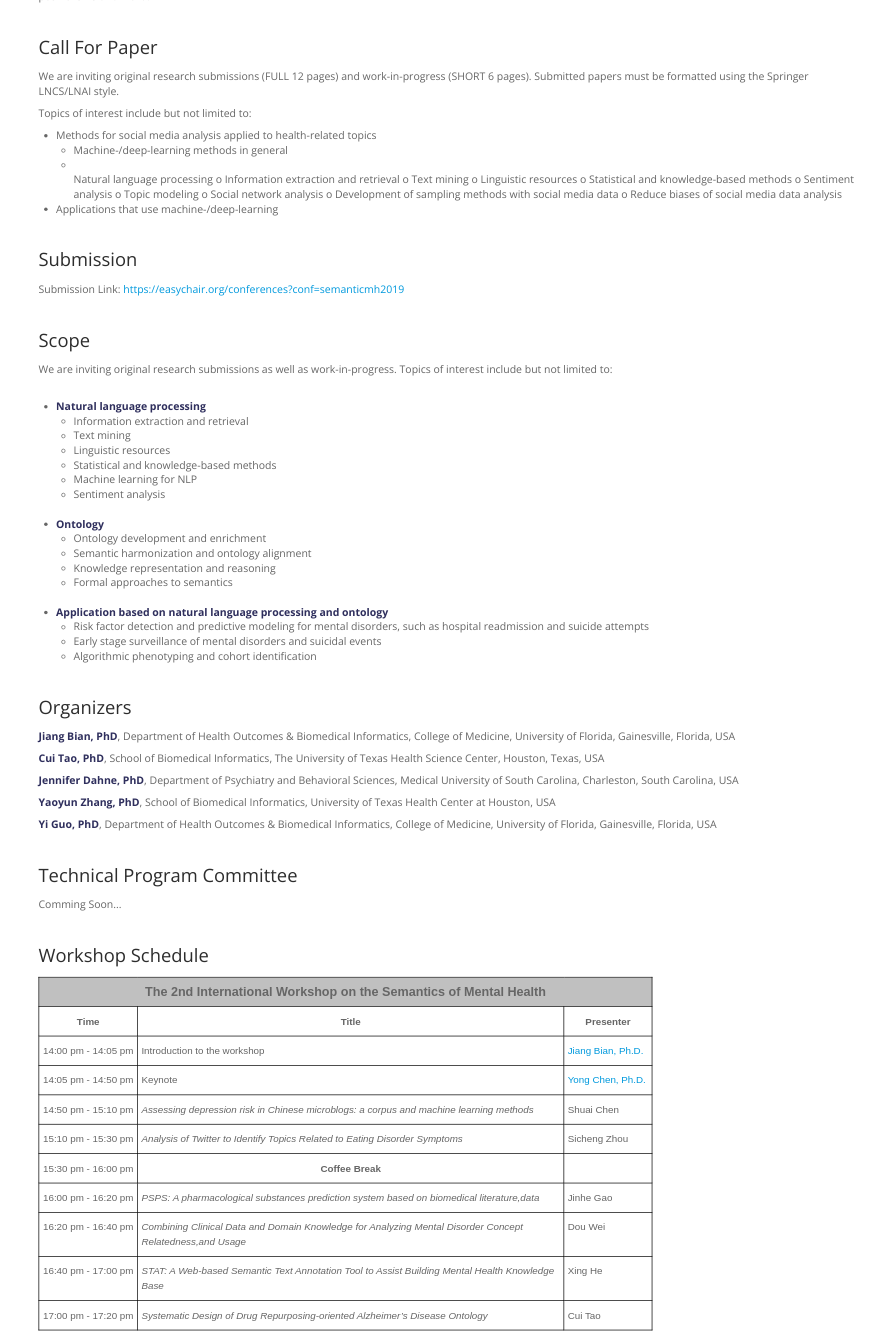
Repository: bianjiang/semantics-powered.org
Page: ISSWHR-2020/index.html
An editor plug-in stored every save of this project. The page is shown before and after a run of saves, followed by the edit.
The browser window is 1280 px wide. The pictures show the part of the page from y = 721 to 2641 px (the page is 2769 px tall before and 3126 px after), at 70% of full size.
Some web libraries are served in a nearby version.

Above is the page before, as saved 2019-10-26 16:57:49.
Console error (its wording comes from the project's code and is left out).

### ISSWHR-2020/index.html
<!DOCTYPE html>
<!--[if lt IE 7]>      <html class="no-js lt-ie9 lt-ie8 lt-ie7"> <![endif]-->
<!--[if IE 7]>         <html class="no-js lt-ie9 lt-ie8"> <![endif]-->
<!--[if IE 8]>         <html class="no-js lt-ie9"> <![endif]-->
<!--[if gt IE 8]><!-->
<html class="no-js">
<!--<![endif]-->

<head>
  <meta charset="utf-8">
  <meta http-equiv="X-UA-Compatible" content="IE=edge,chrome=1">
  <title></title>
  <meta name="description" content="">
  <meta name="viewport" content="width=device-width">

  <link rel="stylesheet" href="css/bootstrap.min.css">
  <style>
    body {
      padding-top: 60px;
      padding-bottom: 40px;
    }
  </style>
  <link rel="stylesheet" href="css/bootstrap-responsive.min.css">
  <link rel="stylesheet" href="css/main.css">

  <script src="js/vendor/modernizr-2.6.2-respond-1.1.0.min.js"></script>
</head>

<body class="preview" id="top" data-spy="scroll" data-target=".subnav" data-offset="80">
  <!--[if lt IE 7]>
            <p class="chromeframe">You are using an <strong>outdated</strong> browser. Please <a href="http://browsehappy.com/">upgrade your browser</a> or <a href="http://www.google.com/chromeframe/?redirect=true">activate Google Chrome Frame</a> to improve your experience.</p>
        <![endif]-->

  <!-- This code is taken from http://twitter.github.com/bootstrap/examples/hero.html -->

  <div class="navbar navbar-fixed-top">
    <div class="navbar-inner">
      <div class="container">

        <a class="btn btn-navbar" data-toggle="collapse" data-target=".nav-collapse">
                        <span class="icon-bar"></span>
                        <span class="icon-bar"></span>
                        <span class="icon-bar"></span>
                    </a>
        <a class="brand" href="#">&nbsp;</a>
        <div class="nav-collapse collapse">
          <ul class="nav">
            <li class="active"><a href="#">Home</a></li>
            <!--
                            <li><a href="#aboutxx">About</a></li>
                            <li><a href="#contact">Contact</a></li>
                            -->
          </ul>
        </div>

      </div>

    </div>
  </div>

  <div class="container">

    <!-- Main hero unit for a primary marketing message or call to action -->
    <!--
            <div class="hero-unit">
                <h1>Hello, world!</h1>
                <p>This is a template for a simple marketing or informational website. It includes a large callout called the hero unit and three supporting pieces of content. Use it as a starting point to create something more unique.</p>
                <p><a class="btn btn-primary btn-large">Learn more &raquo;</a></p>
            </div>
            -->
    <!-- Masthead
================================================== -->
    <header class="jumbotron subhead" id="overview">
      <div class="row">
        <div class="span12">
          <br/>
          <h2>Intelligent Systems in Social Web and Health Research 2020 (ISSWHR 2020)</h2>
          <p>In conjunction with the <a href="https://jsasaki3.wixsite.com/ieaaie2020" target="_blank">The 33th International Conference on Industrial, Engineering & Other Applications of Applied Intelligent Systems</a> (IEA/AIE 2020)</p>
          <p>To be held in Kitakyushu, Japan</p>
          <p>July 21-24, 2020</p>
        </div>
        <div class="span6">
          <!--
      <div class="bsa well">
          <div id="bsap_1277971" class="bsarocks bsap_c466df00a3cd5ee8568b5c4983b6bb19"></div>
      </div>
    -->
        </div>
      </div>
      <div class="subnav">
        <ul class="nav nav-pills">
          <li><a href="#history">History</a></li>
          <li><a href="#overview">Overview</a></li>
          <!-- <li><a href="#audience">Audience</a></li> -->
          <li><a href="#callforpaper">Call For Paper</a></li>
          <li><a href="#submissions">Submission</a></li>
          <!-- <li><a href="#rational">Rational</a></li>
          <li><a href="#workshopstructure">Workshop Structure</a></li> -->
          <!-- <li><a href="#publicity">Publicity</a></li> -->
          <li><a href="#scope">Scope</a></li>
          <li><a href="#organizers">Organizers</a></li>
          <li><a href="#techprogcom">Technical Program Committee</a></li>
        </ul>
      </div>
    </header>

    <!-- <section id="History">
      <div class="row">
        <div class="span12">
          <h3>History</h3>
          <p>The 1st International Workshop on the Semantics of Mental Health (SemanticMH 2018) was successfully organized and hosted in conjunction with the sixth IEEE International Conference on Healthcare Informatics (ICHI 2018) on June 7th, 2018 in New York City, NY, USA.  Overall, we received 7 high quality submissions and we accepted 6 of them.  The accepted papers were published in the IEEE ICHI 2018 workshop proceedings; and we invited the authors of these 6 accepted papers to submit an extended journal version to a special issue (“Special Issue: Semantics of Mental Health”) in the Health Informatics Journal (IF 3.021).
           All authors presented their work in ICHI 2018; and we have invited two keynote speakers (i.e., Drs. Jessie Tenenbaum and Piper Ranallo) from the Mental Health Informatics Working Group (WG) of the American Medical Informatics Association (AMIA) to present a report from the WG titled, “Mental Health Informatics and Knowledge Representation.”  Overall, SemanticsMH 2018 was highly successful and facilitated the exchange of scholar ideas from a group of interdisciplinary researches.
        </p>
        </div>
      </div>
    </section> -->

    <section id="overview">
      <div class="row">
        <div class="span12">
          <h3>Overview</h3>
          <p>Many health behaviors and decisions, despite being an individual choice, are often influenced by social and cultural context.  As people's activities and communication on the Web increase, information about their social activities and interactions become more available.  User-generated contents on the social web including Twitter, Facebook, Instagram, web sites, and blogs, as well as the future semantic web, afford us enormous opportunity for health-related research.  Today’s researchers are mining these big datasets for patterns and trends that can lead to new hypotheses, new discoveries, and new interventions.  How can you tap into the wealth of social web data to understand the intersections of individual behaviors, social-environmental factors, and social interactions to answer scientific questions?  How can you leverage the new communication landscape (Internet penetration, online communities, social media, and wikis) to design health interventions and improve measurement of outcomes (e.g., clinical trial recruitment, risk perception, decision making, and attitudes)?

            Nevertheless, there are also numerous challenges in using social web data for health-related research.  For example, social web users are different from the general population.  Twitter users are younger than the general population.  Thus, the representativeness of social media populations should be carefully considered when interpreting study findings.  The presence of bots and fake accounts may also distort the representativeness of our findings.  Further, the way how social media data are collected may lead to variations in the sampling units in social media studies, which may lead to data selection bias.  An adequate understanding of the inherent limitations in social media data is always important.

            Many social media and health related studies leverage state-of-the-art machine-/deep-learning methods and tools.  For example, sentiment analysis and topic modeling approaches are widely used in social media studies to tease out public’s perception and attitudes towards specific health topics.  Nerveless, novel intelligent systems are needed to push the field forward.
            </p>
        </div>
      </div>
    </section>

    <!-- <section id="audience">
      <div class="row">
        <div class="span12">
          <h3>Audience</h3>
          <p>The goal of this workshop is to bring experts in the field of natural language processing, knowledge representation, knowledge management, and health data analytics to discuss innovative analytical methods, applications, and tools to address problems in mental health.
        </p>
        </div>
      </div>
    </section> -->

    <section id="callforpaper">
      <div class="row">
        <div class="span12">
          <h3>Call For Paper</h3>
          <p>We are inviting original research submissions (FULL 12 pages) and work-in-progress (SHORT 6 pages).  Submitted papers must be formatted using the Springer LNCS/LNAI style.</p>
          <p>Topics of interest include but not limited to:</p>
          <ul>
            <li>Methods for social media analysis applied to health-related topics
              <ul>
                <li>Machine-/deep-learning methods in general</li>
                <li></li>Natural language processing
                o	Information extraction and retrieval
                o	Text mining
                o	Linguistic resources
                o	Statistical and knowledge-based methods
                o	Sentiment analysis
                o	Topic modeling
                o	Social network analysis
                o	Development of sampling methods with social media data
                o	Reduce biases of social media data analysis

              </ul>
            </li>
            <li>Applications that use machine-/deep-learning</li>
          </ul>
        </div>
      </div>
    </section>

    <section id="submissions">
      <div class="row">
        <div class="span12">
          <h3>Submission</h3>
          <p>Submission Link: <a href="https://easychair.org/conferences?conf=semanticmh2019" target="_blank">https://easychair.org/conferences?conf=semanticmh2019</a></p>
        </div>
      </div>
    </section>
    <!-- <section id="rational">
      <div class="row">
        <div class="span12">
          <h3>Rational</h3>
          <p>Our proposed workshop aims to provide an international platform for the researchers and scientists in the mental health communities to demonstrate research progresses, share ideas, address questions, and promote collaborations for better representation and analysis of mental health-related terminologies and clinical and research data.
        </p>
        </div>
      </div>
    </section> -->

    <!-- <section id="workshopstructure">
      <div class="row">
        <div class="span12">
          <h3>Workshop Structure</h3>
          <p>We propose a half-day SemanticMH workshop for this year. We will arrange 3 hours for paper presentations and 1 hour for extensive discussions. Different sessions will be arranged based on the topics of presentations. Depending on the number of papers accepted for presentation, each paper presentation will be restricted to 10-25 minutes for a full-length paper, and 5-15 minutes for a short-length paper. All the papers will be submitted and handled through EasyChair and go through peer reviews by at least two reviewers. After the full papers are accepted, we will work with the Health Informatics editors and reviewers to decide which papers will be formally invited for extension to be included in a thematic series in the Health Informatics journal.
        </p>
        </div>
      </div>
    </section>


    <section id="publicity">
      <div class="row">
        <div class="span12">
          <h3>Publicity</h3>
          <p>Various methods will be used for advertisement, including: (i) posting in email mailing lists and through private emails; (ii) creating a workshop discussion email list address and using it for sharing news and posting, (iii) posting in influential websites, (iv) phone calls to colleagues and friends who may be interested, (v) generating a workshop website dedicated to this event, and inviting potential attendees to visit, and (vi) generating a social networking website in LinkedIn to attract public attention, participation, and discussion. The main difference between the workshop website and the LinkedIn website will be that the workshop website is dedicated for posting the workshop information, and the LinkedIn website is used for social networking.
        </p>
        </div>
      </div>
    </section> -->

    <section id="scope">

      <div class="row">
        <div class="span12">
          <h3>Scope</h3>
          <p>We are inviting original research submissions as well as work-in-progress.
            Topics of interest include but not limited to:
          </p>
          <br>
          <ul>
            <li>
              <b>Natural language processing</b>
              <ul>
                <li>Information extraction and retrieval </li>
                <li>Text mining</li>
                <li>Linguistic resources</li>
                <li>Statistical and knowledge-based methods</li>
                <li>Machine learning for NLP</li>
                <li>Sentiment analysis</li>
              </ul>
            </li>
            <br>
            <li>
              <b>Ontology</b>
              <ul>
                <li>Ontology development and enrichment </li>
                <li>Semantic harmonization and ontology alignment</li>
                <li>Knowledge representation and reasoning</li>
                <li>Formal approaches to semantics</li>
              </ul>
            </li>
            <br>
            <li>
              <b>Application based on natural language processing and ontology</b>
              <ul>
                <li>Risk factor detection and predictive modeling for mental disorders, such as hospital readmission and suicide attempts</li>
                <li>Early stage surveillance of mental disorders and suicidal events </li>
                <li>Algorithmic phenotyping and cohort identification </li>
              </ul>
            </li>
          </ul>


        </div>
      </div>
    </section>

    <section id="organizers">
      <div class="row">
        <div class="span12">
          <h3>Organizers</h3>
          <p><b>Jiang Bian, PhD</b>, Department of Health Outcomes & Biomedical Informatics, College of Medicine, University of Florida, Gainesville, Florida, USA</p>
          <p><b>Cui Tao, PhD</b>, School of Biomedical Informatics, The University of Texas Health Science Center, Houston, Texas, USA</p>
          <p><b>Jennifer Dahne, PhD</b>, Department of Psychiatry and Behavioral Sciences, Medical University of South Carolina, Charleston, South Carolina, USA</p>
          <p><b>Yaoyun Zhang, PhD</b>, School of Biomedical Informatics, University of Texas Health Center at Houston, USA</p></p>
          <p><b>Yi Guo, PhD</b>, Department of Health Outcomes & Biomedical Informatics, College of Medicine, University of Florida, Gainesville, Florida, USA</p></p>
        </div>
      </div>
    </section>

    <section id="techprogcom">
      <div class="row">
        <div class="span12">
          <h3>Technical Program Committee</h3>
          <p>Comming Soon...</p>
        </div>
      </div>
    </section>

    <section id="schedule">
      <div class="row">
        <div class="span12">
          <h3>Workshop Schedule</h3>
          <div>
            <style type="text/css">
              .tg  {border-collapse:collapse;border-spacing:0;}
              .tg td{font-family:Arial, sans-serif;font-size:14px;padding:10px 5px;border-style:solid;border-width:1px;overflow:hidden;word-break:normal;border-color:black;}
              .tg th{font-family:Arial, sans-serif;font-size:14px;font-weight:normal;padding:10px 5px;border-style:solid;border-width:1px;overflow:hidden;word-break:normal;border-color:black;}
              .tg .tg-s6z2{text-align:center}
              .tg .tg-baqh{text-align:center;vertical-align:top}
              .tg .tg-j8xs{font-weight:bold;font-size:18px;background-color:#c0c0c0;text-align:center;vertical-align:top}
              .tg .tg-hgcj{font-weight:bold;text-align:center}
              .tg .tg-amwm{font-weight:bold;text-align:center;vertical-align:top}
              .tg .tg-s268{text-align:left}
              .tg .tg-0lax{text-align:left;vertical-align:top}
              .tg .tg-8zwo{font-style:italic;text-align:left;vertical-align:top}
              </style>
              <table class="tg" style="undefined;table-layout:fixed;width:876px;">
              <colgroup>
              <col style="width: 141px">
              <col style="width: 609px">
              <col style="width: 126px">
              </colgroup>
                <tr>
                  <th class="tg-j8xs" colspan="3">The 2nd International Workshop on the Semantics of Mental Health</th>
                </tr>
                <tr>
                  <td class="tg-hgcj">Time</td>
                  <td class="tg-hgcj">Title</td>
                  <td class="tg-amwm">Presenter</td>
                </tr>
                <tr>
                  <td class="tg-s6z2">14:00 pm - 14:05 pm</td>
                  <td class="tg-s268">Introduction to the workshop</td>
                  <td class="tg-0lax"><a target="_blank" href="https://hobi.med.ufl.edu/about/faculty-directory-2/bian-jiang/">Jiang Bian, Ph.D.</a></td>
                </tr>
                <tr>
                  <td class="tg-s6z2">14:05 pm - 14:50 pm</td>
                  <td class="tg-s268">Keynote</td>
                  <td class="tg-0lax"><a target="_blank" href="https://dbe.med.upenn.edu/biostat-research/YongChen">Yong Chen, Ph.D.</a></td>
                </tr>
                <tr>
                  <td class="tg-baqh">14:50 pm - 15:10 pm</td>
                  <td class="tg-8zwo">Assessing depression risk in Chinese microblogs: a corpus and machine learning methods</td>
                  <td class="tg-0lax">Shuai Chen</td>
                </tr>
                <tr>
                  <td class="tg-baqh">15:10 pm - 15:30 pm</td>
                  <td class="tg-8zwo">Analysis of Twitter to Identify Topics Related to Eating Disorder Symptoms</td>
                  <td class="tg-0lax">Sicheng Zhou</td>
                </tr>
                <tr>
                  <td class="tg-baqh">15:30 pm - 16:00 pm</td>
                  <td class="tg-amwm">Coffee Break</td>
                  <td class="tg-0lax"></td>
                </tr>
                <tr>
                  <td class="tg-baqh">16:00 pm - 16:20 pm</td>
                  <td class="tg-8zwo">PSPS: A pharmacological substances prediction system based on biomedical literature,data</td>
                  <td class="tg-0lax">Jinhe Gao</td>
                </tr>
                <tr>
                  <td class="tg-baqh">16:20 pm - 16:40 pm</td>
                  <td class="tg-8zwo">Combining Clinical Data and Domain Knowledge for Analyzing Mental Disorder Concept Relatedness,and Usage</td>
                  <td class="tg-0lax">Dou Wei</td>
                </tr>
                <tr>
                  <td class="tg-baqh">16:40 pm - 17:00 pm</td>
                  <td class="tg-8zwo">STAT: A Web-based Semantic Text Annotation Tool to Assist Building Mental Health Knowledge Base</td>
                  <td class="tg-0lax">Xing He</td>
                </tr>
                <tr>
                  <td class="tg-baqh">17:00 pm - 17:20 pm</td>
                  <td class="tg-8zwo">Systematic Design of Drug Repurposing-oriented Alzheimer’s Disease Ontology</td>
                  <td class="tg-0lax">Cui Tao</td>
                </tr>
              </table>
          </div>
        </div>
      </div>
    </section>
    <hr>
    <h4><b>Contact:</b> Jiang Bian; <a href="mailto:bianjiang@ufl.edu">bianjiang@ufl.edu</a></h4>
    <footer>
      <p>&copy; SemanticMH 2019</p>
    </footer>

  </div>
  <!-- /container -->

  <script src="//ajax.googleapis.com/ajax/libs/jquery/1.9.1/jquery.min.js"></script>
  <script>
    window.jQuery || document.write('<script src="js/vendor/jquery-1.9.1.min.js"><\/script>')
  </script>

  <script src="js/vendor/bootstrap.min.js"></script>

  <script src="js/plugins.js"></script>
  <script src="js/main.js"></script>
  <script>
      (function (i, s, o, g, r, a, m) {
i['GoogleAnalyticsObject'] = r; i[r] = i[r] || function () {
        (i[r].q = i[r].q || []).push(arguments)
      }, i[r].l = 1 * new Date(); a = s.createElement(o),
        m = s.getElementsByTagName(o)[0]; a.async = 1; a.src = g; m.parentNode.insertBefore(a, m)
      })(window, document, 'script', 'https://www.google-analytics.com/analytics.js', 'ga');

    ga('create', 'UA-50982144-4', 'auto');
    ga('send', 'pageview');
  </script>
</body>

</html>

Loaded but not shown: ISSWHR-2020/css/bootstrap.min.css (library); ISSWHR-2020/css/bootstrap-responsive.min.css (library); ISSWHR-2020/js/vendor/modernizr-2.6.2-respond-1.1.0.min.js (library); ISSWHR-2020/js/vendor/bootstrap.min.js (library); ISSWHR-2020/js/main.js (95 lines, source omitted); ISSWHR-2020/js/plugins.js (24 lines, source omitted); ISSWHR-2020/css/main.css (463 lines, source omitted)

After the next 3 saves:
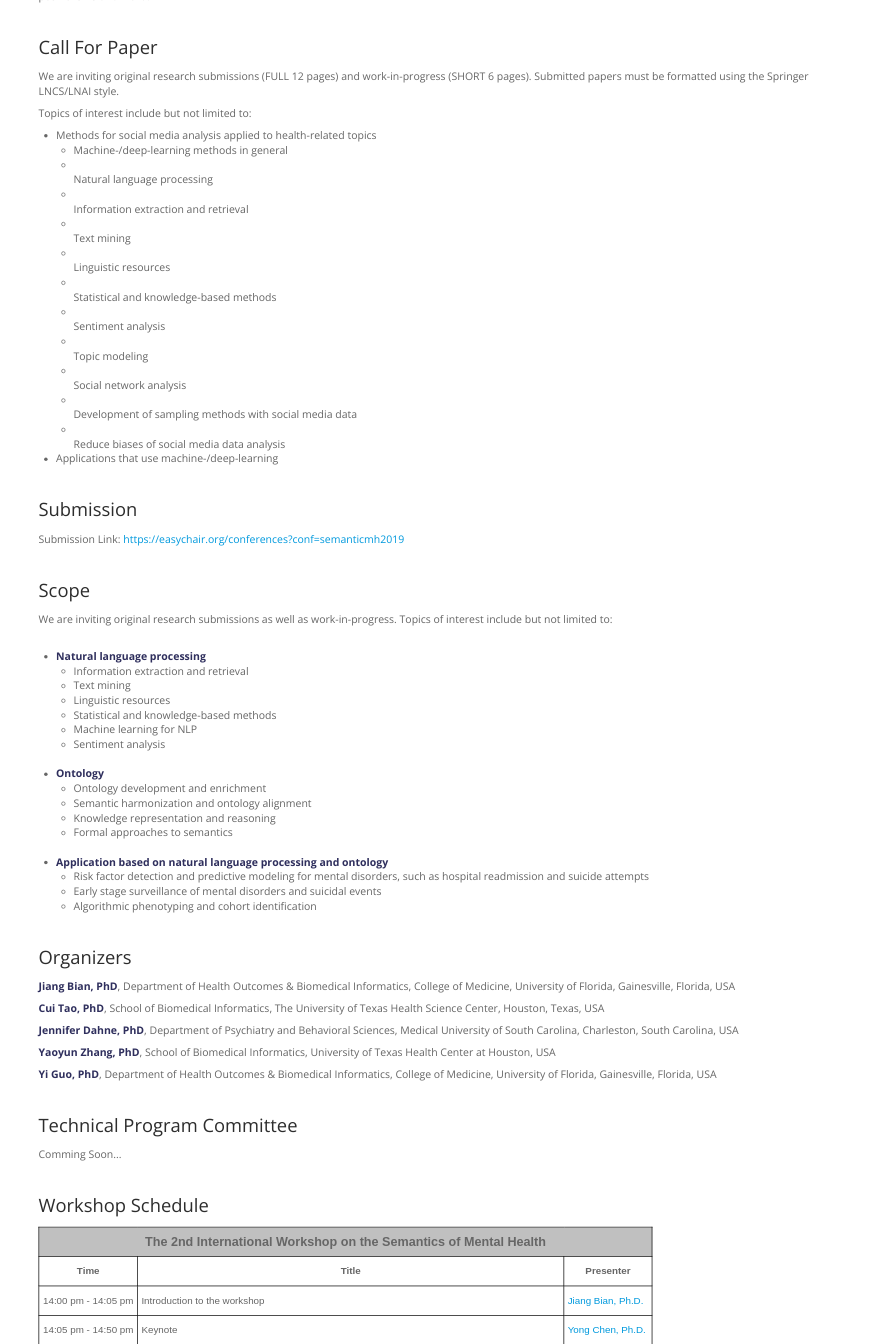
The 3 saves are shown as one change because they came seconds apart.
The last was saved 14 s later.
--- a/ISSWHR-2020/index.html
+++ b/ISSWHR-2020/index.html
@@ -150,15 +150,15 @@
               <ul>
                 <li>Machine-/deep-learning methods in general</li>
                 <li></li>Natural language processing
-                o	Information extraction and retrieval
-                o	Text mining
-                o	Linguistic resources
-                o	Statistical and knowledge-based methods
-                o	Sentiment analysis
-                o	Topic modeling
-                o	Social network analysis
-                o	Development of sampling methods with social media data
-                o	Reduce biases of social media data analysis
+                <li></li>Information extraction and retrieval
+                <li></li>Text mining
+                <li></li>Linguistic resources
+                <li></li>Statistical and knowledge-based methods
+                <li></li>Sentiment analysis
+                <li></li>Topic modeling
+                <li></li>Social network analysis
+                <li></li>Development of sampling methods with social media data
+                <li></li>Reduce biases of social media data analysis
 
               </ul>
             </li>
